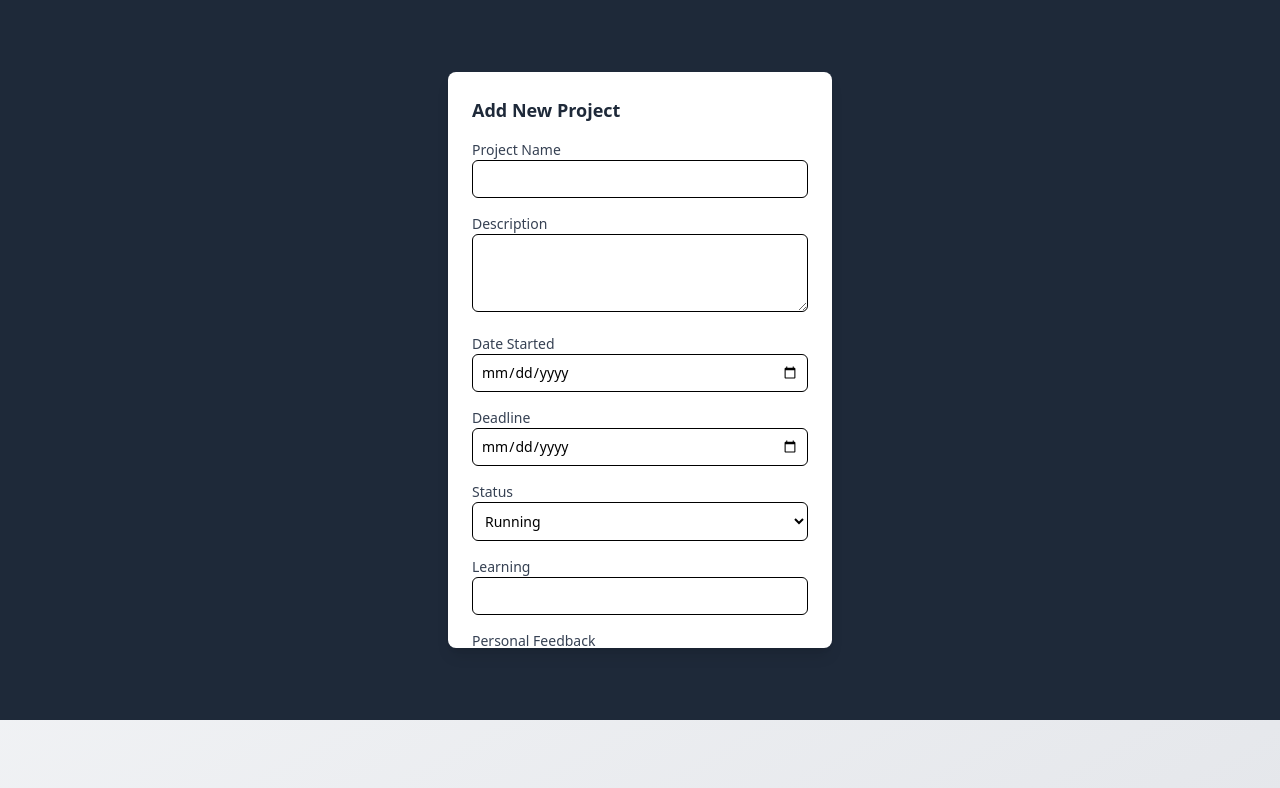
Repository: mohitagrawal0412/Workify
Page: /projects (app in client/), after clicking the first element matching `button.bg-indigo-600`
An editor plug-in stored every save of this project. The page is shown before and after the next save, followed by the edit.
The browser window is 1280 px wide. The pictures show the whole page.
The project was rebuilt for these pictures with package versions that can differ from the ones it lists, and the page was loaded fresh each time. Also part of the build but not shown: client/vite.config.js, client/src/index.css, client/src/Components/Dashboard/Dashboard.jsx, client/src/Components/Dashboard/ProjectDetails.jsx, client/src/Components/Dashboard/EntryDetails.jsx, client/src/Components/Dashboard/SubEntryDetails.jsx.

Above is the page before, as saved 2025-04-15 14:40:32.

After the next save:
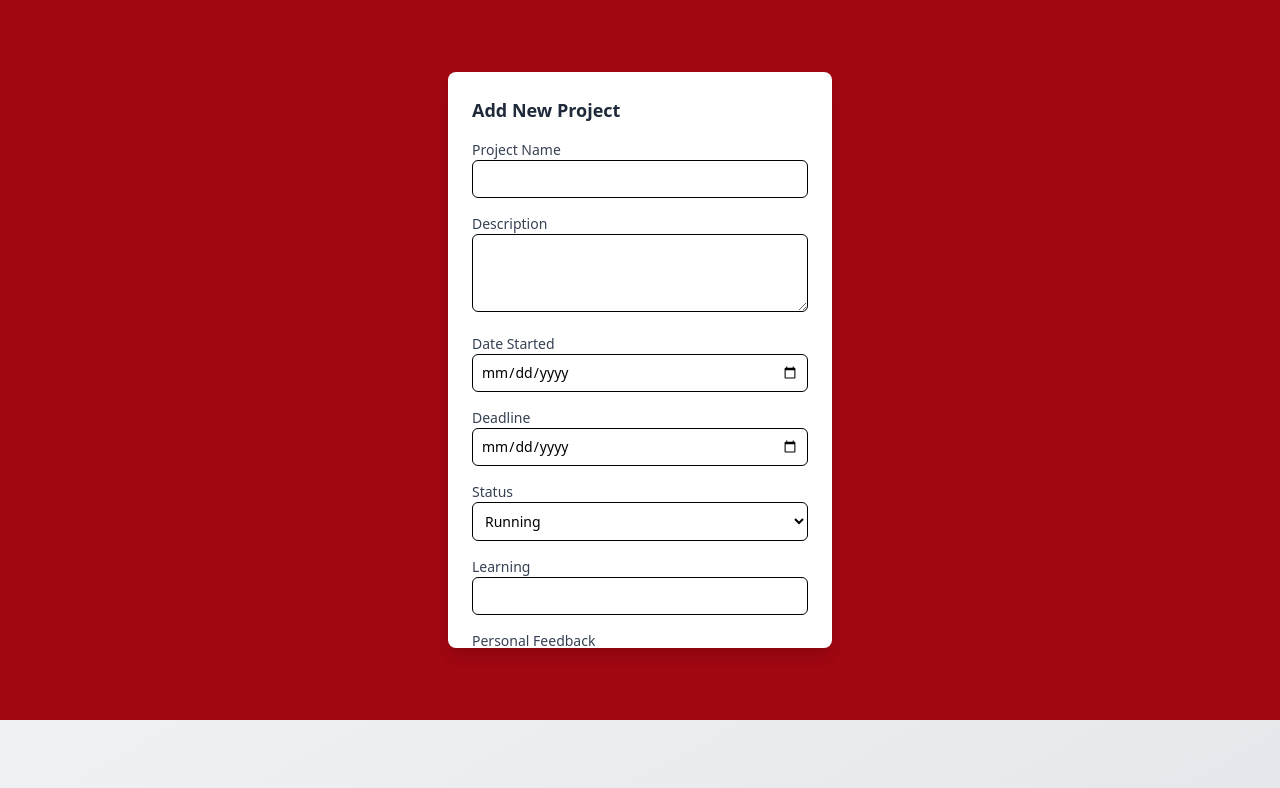
Saved 2 min 13 s later.
--- a/client/src/Components/Dashboard/AddProjectModal.jsx
+++ b/client/src/Components/Dashboard/AddProjectModal.jsx
@@ -29,7 +29,7 @@
     return (
         <>
             {showModal && (
-                <div className="fixed inset-0 bg-gray-800 bg-opacity-50 z-50 flex justify-center items-center">
+                <div className="fixed inset-0 bg-red-800 bg-opacity-50 z-50 flex justify-center items-center">
                     <div className="bg-white rounded-lg shadow-lg w-96 p-6 overflow-y-auto max-h-[80vh]">
                         <h2 className="text-lg font-semibold text-gray-800 mb-4">Add New Project</h2>
                         <form onSubmit={handleSubmit}>

After the save that followed:
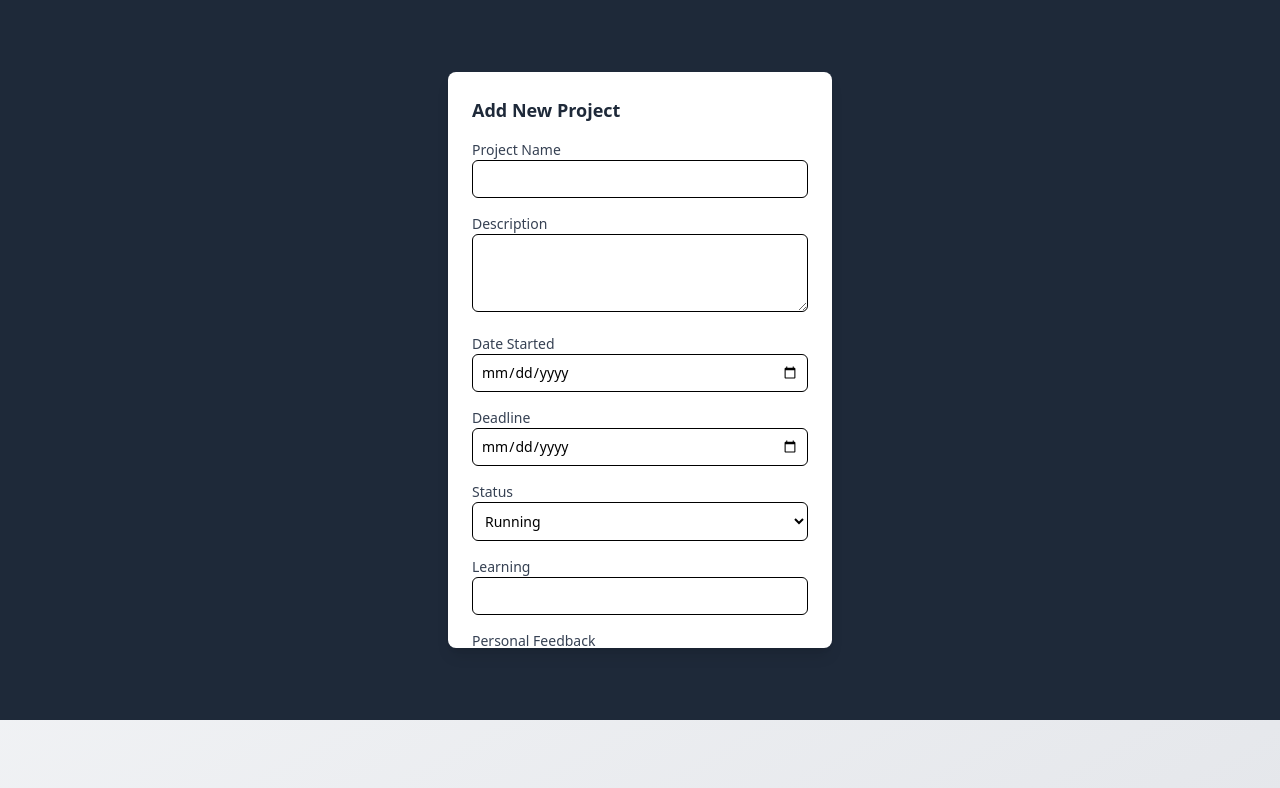
Saved 15 s later.
--- a/client/src/Components/Dashboard/AddProjectModal.jsx
+++ b/client/src/Components/Dashboard/AddProjectModal.jsx
@@ -29,7 +29,7 @@
     return (
         <>
             {showModal && (
-                <div className="fixed inset-0 bg-red-800 bg-opacity-50 z-50 flex justify-center items-center">
+                <div className="fixed inset-0 bg-gray-800 bg-opacity-50 z-50 flex justify-center items-center">
                     <div className="bg-white rounded-lg shadow-lg w-96 p-6 overflow-y-auto max-h-[80vh]">
                         <h2 className="text-lg font-semibold text-gray-800 mb-4">Add New Project</h2>
                         <form onSubmit={handleSubmit}>
